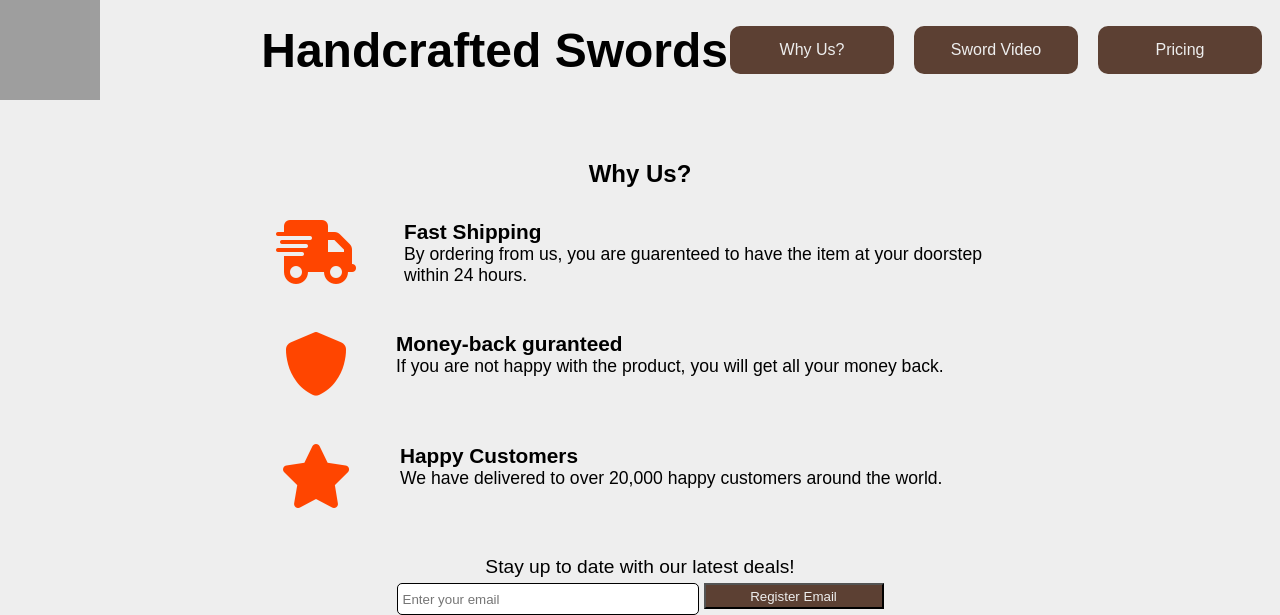
Repository: Pafestivo/Product-Landing-Page
Page: index.html
These files come from the project's save history. The page is drawn as it stood at one moment and after the next save; the edit follows.
The browser window is 1280 px wide. The pictures show the part of the page from y = 0 to 615 px (the page is 934 px tall).
Pictures or frames that could not be fetched are drawn as grey boxes. Some web libraries are served in a nearby version.

Above is the page before, as saved 2022-09-15 19:25:34.

### index.html
<!DOCTYPE html>
<html lang="en">
<head>
  <meta charset="UTF-8">
  <meta name="viewport" content="width=device-width, initial-scale=1.0">
  <link rel="stylesheet" href="styles.css">
  <script src="https://kit.fontawesome.com/e2364af56b.js" crossorigin="anonymous"></script>
  <title>Product Landing Page</title>
</head>

<body>
  <header id="header">
    <img
    id="header-img"
    src="https://static.vecteezy.com/system/resources/previews/002/323/268/non_2x/fist-icon-symbol-vector.jpg"
    width="100"
    height="100"
    />

    <h1 id="page-title">Handcrafted Swords</h1>

    <nav id="nav-bar">
      <a class="nav-link hover-effect" href="#why-us">Why Us?</a>
      <a class="nav-link hover-effect" href="#sword-video">Sword Video</a>
      <a class="nav-link hover-effect" href="#pricing">Pricing</a>
    </nav>
  </header>

  <main>
    <h2 id="why-us">Why Us?</h2>
    <div class="reason">
    <i class="fa-solid fa-truck-fast fa-4x"></i>
      <div class="reason-text">
        <h3>Fast Shipping</h3>
        <p>By ordering from us, you are guarenteed to have the item at your doorstep within 24 hours.</p>
      </div> <!-- /Reason-text-->
    </div> <!-- /Reason -->

    <div class="reason">
      <i class="fa-solid fa-shield fa-4x"></i>
      <div class="reason-text">
        <h3>Money-back guranteed</h3>
        <p>If you are not happy with the product, you will get all your money back.</p>
      </div> <!-- /Reason-text-->
    </div> <!-- /Reason -->

    <div class="reason">
      <i class="fa-solid fa-star fa-4x"></i>
      <div class="reason-text">
        <h3>Happy Customers</h3>
        <p>We have delivered to over 20,000 happy customers around the world.</p>
      </div> <!-- /Reason-text-->
      </div> <!-- /Reason -->


    <form id="form">
      <label for="email">Stay up to date with our latest deals!</label>
      <div class="input-field">
        <input
        id="email"
        type="email"
        placeholder="Enter your email"
        />
        <input
        class="hover-effect-sm"
        id="submit"
        type="submit"
        value="Register Email"
        action="https://www.freecodecamp.com/email-submit"
        />
      </div>

    </form>


    <iframe
    width="560"
    height="315"
    src="https://www.youtube.com/embed/0qC64jGCxBo?autoplay=1&mute=1"
    title="YouTube video player"
    frameborder="0"
    allow="accelerometer; autoplay; clipboard-write; encrypted-media; gyroscope; picture-in-picture"
    allowfullscreen>
    </iframe>

  </main>
</body>
</html>

### styles.css
* {
  margin: 0;
  padding: 0;
}

html {
  box-sizing: border-box;
}

body {
  font-family: sans-serif;
  background-color: #eee;
}

/* header */
#nav-bar a {
  text-decoration: none;
  color: #eee;
  background-color: #5C4033;
  margin: 4px 2px;
  padding: 15px 32px;
  width: 100px;
  text-align: center;
  border-radius: 10px;
  transition: 0.5s;
}

.hover-effect:hover {
  transform: scale(1.1);
}

.hover-effect-sm:hover {
  border: solid 3px #000;
}

header {
  display: grid;
  grid-template-columns: 1fr auto 1fr;
  align-items: center;
  position: fixed;
  width: 100%;
  background-color: #eee;
}

header h1 {
    font-size: 3em;
}

#nav-bar {
  display: flex;
  gap: 1rem;
  padding-right: 1rem;
  justify-self: end;
}
/* End of header */

/* Main  */
main {
  text-align: center;
}

/* Why us */
#why-us {
  padding: 10rem 0 2rem 0;
}

.reason {
  display: flex;
  justify-content: center;
}

.reason h3 {
  text-align: left;
  font-size: 1.3rem;
}

.reason p {
  width: 600px;
  font-size: 1.1rem;
  text-align: left;
}

.fa-solid {
  color: orangered;
  padding: 0 3rem 3rem 0;
}
/* End of why us */

/* Email form */
form {
  display: grid;
  max-width: 1000px;
  margin: 0 auto;
  row-gap: 5px;
}

.input-field {
  display: flex;
  margin: 0 auto;
  column-gap: 5px;
  width: 60%;
  justify-content: center;
}

label {
  font-size: 1.2rem;
}

#email {
  height: 30px;
  width: 50%;
  border-radius: 5px;
  border: solid 1px #000;
}

#email::placeholder {
  padding-left: 5px
}

#submit {
  width: 30%;
  height: 26px;
  justify-self: start;
  background-color: #5C4033;
  color: #eee;
  cursor: pointer;
  transition: 0.1s;
}
/* End of email form */

/* End of main */

After the next save:
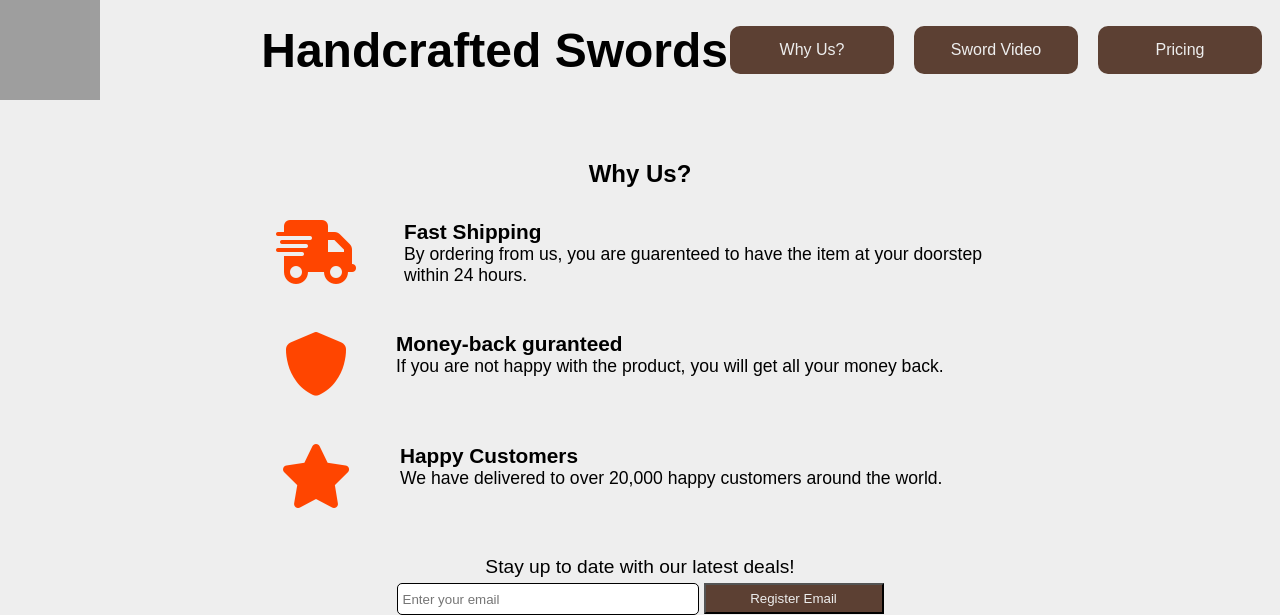
Saved 8 s later.
--- a/styles.css
+++ b/styles.css
@@ -119,7 +119,7 @@
 
 #submit {
   width: 30%;
-  height: 26px;
+  height: 31px;
   justify-self: start;
   background-color: #5C4033;
   color: #eee;
